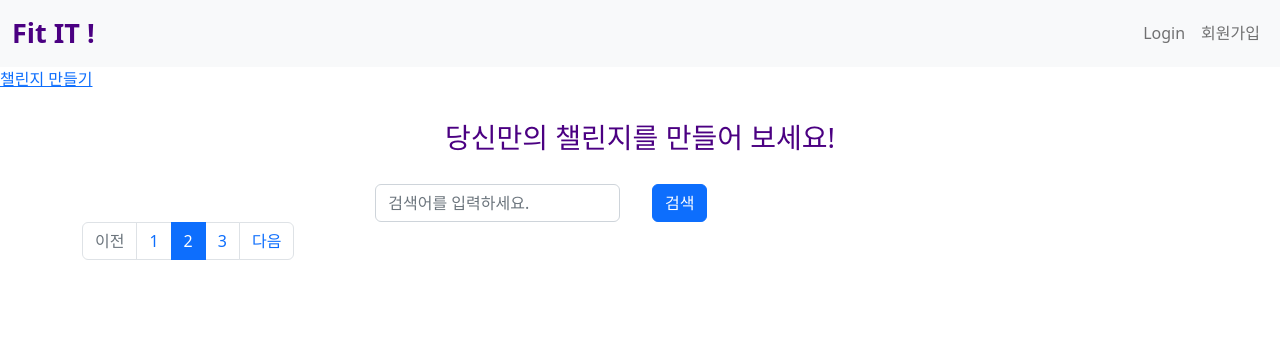
Repository: 4everGirls/Fit-IT-FRONT
Page: /makeChallenge (app in FrontEnd/fit-it/)
These files come from the project's save history. The page is drawn as it stood at one moment and after the next save; the edit follows.
The browser window is 1280 px wide. The pictures show the whole page.
The project was rebuilt for these pictures with package versions that can differ from the ones it lists, and the page was loaded fresh each time. Also part of the build but not shown: FrontEnd/fit-it/vue.config.js, FrontEnd/fit-it/src/views/HomeView.vue, FrontEnd/fit-it/src/components/user/RegistUser.vue, FrontEnd/fit-it/src/components/user/LoginUser.vue.

Above is the page before, as saved 2022-11-20 12:32:52.

### FrontEnd/fit-it/public/index.html
<!DOCTYPE html>
<html lang="">
  <head>
    <meta charset="utf-8" />
    <meta http-equiv="X-UA-Compatible" content="IE=edge" />
    <meta name="viewport" content="width=device-width,initial-scale=1.0" />
    <link rel="icon" href="<%= BASE_URL %>favicon.ico" />
    <link
      href="https://cdn.jsdelivr.net/npm/bootstrap@5.2.2/dist/css/bootstrap.min.css"
      rel="stylesheet"
      integrity="sha384-Zenh87qX5JnK2Jl0vWa8Ck2rdkQ2Bzep5IDxbcnCeuOxjzrPF/et3URy9Bv1WTRi"
      crossorigin="anonymous"
    />
    <script
      src="https://cdn.jsdelivr.net/npm/bootstrap@5.2.2/dist/js/bootstrap.bundle.min.js"
      integrity="sha384-OERcA2EqjJCMA+/3y+gxIOqMEjwtxJY7qPCqsdltbNJuaOe923+mo//f6V8Qbsw3"
      crossorigin="anonymous"
    ></script>
    <title><%= htmlWebpackPlugin.options.title %></title>
  </head>
  <body>
    <noscript>
      <strong
        >We're sorry but <%= htmlWebpackPlugin.options.title %> doesn't work
        properly without JavaScript enabled. Please enable it to
        continue.</strong
      >
    </noscript>
    <div id="app"></div>
    <!-- built files will be auto injected -->
  </body>
</html>

### FrontEnd/fit-it/src/App.vue
<template>
  <div id="app">
    <header-nav/>

    <router-link to="/makeChallenge">챌린지 만들기</router-link>
    <router-view />

  </div>
</template>

<script>
import HeaderNav from "@/components/common/HeaderNav.vue";

export default {
  name: "App",
  components: {
    HeaderNav,
  }
}
</script>

<style>
* {
  margin: 0;
  padding: 0;
  box-sizing: border-box;
  list-style: none;
}

.text-center {
  text-align: center;
}

</style>

### FrontEnd/fit-it/src/router/index.js
import Vue from "vue";
import VueRouter from "vue-router";
import HomeView from "../views/HomeView.vue";
import RegistUser from "@/components/user/RegistUser.vue";
import LoginUser from "@/components/user/LoginUser.vue";
import MakeChallenge from "@/views/MakeChallengeView.vue";

Vue.use(VueRouter);

const routes = [
  {
    path: "/",
    name: "home",
    component: HomeView,
  },
  {
    path: "/login",
    name: "login",
    component: LoginUser,
  },
  {
    path: "/regist",
    name: "regist",
    component: RegistUser,
  },
  {
    path: "/makeChallenge",
    name: "makeChallenge",
    component: MakeChallenge,
  },
];

const router = new VueRouter({
  mode: "history",
  base: process.env.BASE_URL,
  routes,
});

export default router;

### FrontEnd/fit-it/src/store/index.js
import Vue from 'vue'
import Vuex from 'vuex'
import axios from 'axios';
import router from "@/router";
import createPersistedState from "vuex-persistedstate";

Vue.use(Vuex)

const REST_API = `http://localhost:9999`;

export default new Vuex.Store({
  plugins: [createPersistedState()],
  state: {
    loginUser: null,
    videos: [],
    video: null,
  },
  getters: {
  },
  mutations: {
    LOGIN_USER(state, user) {
      state.loginUser = user;
    },
    SEARCH_VIDEO(state, videos) {
      state.videos = videos
    },
  },
  actions: {
    loginUser({ commit }, user) {
      console.log(user);
      const API_URL = `${REST_API}/userApi/login`;
      axios({
        url: API_URL,
        method: "POST",
        data: user,
      })
      .then((res) => {
        if (res.data.message === "success") {
          commit("LOGIN_USER", user);
          sessionStorage.setItem("access-token", res.data["access-token"]);
          router.push({ name: "home" });
        } else {
          alert("로그인에 실패하였습니다.");
        }
      })
      .catch((err) => {
        console.log(err);
      });
    },
    createUser({ commit }, user) {
      const API_URL = `${REST_API}/userApi/signup`;

      axios({
        url: API_URL,
        method: "POST",
        data: user,
      })
      .then((res) => {
        commit;
        res;
        alert("회원 가입이 완료 되었습니다.");
        router.push("/login");
      })
      .catch((err) => {
        console.log(err);
      });
    },
    searchVideo({commit}, keyword) {
      const YOUTUBE_KEY = process.env.VUE_APP_YOUTUBE_API_KEY;
      const API_URL = `https://www.googleapis.com/youtube/v3/search`;
      console.log(keyword);
      axios({
        url: API_URL,
        // method: "GET",
        params: {
          key: YOUTUBE_KEY,
          part: 'snippet',
          q: keyword,
          type: 'video',
          maxResults: 4,
        }
      })
        .then((res) => {
          console.log(res.data.items);
          commit("SEARCH_VIDEO", res.data.items)
        })
        .catch((err) => console.log(err));
    },
  },
  modules: {
  }
})

### FrontEnd/fit-it/src/components/common/HeaderNav.vue
<template>
    <header>
    <!-- 로그인 전 (login, )-->
    <!-- Nav Bar 오른쪽 정렬 -->
    <nav class="navbar navbar-expand-sm bg-light navbar-light">
        <div class="container-fluid">
            <router-link to="/" class="navbar-brand nav-link">Fit IT !</router-link>
            <div class="collapse navbar-collapse justify-content-end" id="collapsibleNavbar">
                <ul class="navbar-nav">
                <li class="nav-item">
                    <router-link to="/login" class="nav-link">Login</router-link>
                </li>
                <li class="nav-item">
                    <router-link to="/regist" class="nav-link">회원가입</router-link>
                </li>
                </ul>
            </div>
        </div>
    </nav>
    </header>
</template>

<script>
export default {
name: "HeaderNav",
};
</script>

<style>
.navbar-brand {
color: indigo;
font-weight: 750;
font-size: 27px;
}
</style>

### FrontEnd/fit-it/src/views/MakeChallengeView.vue
<template>
  <div class="container">
    <!--search-container-->
    <div class="row">
        <search-video></search-video>
        <search-result></search-result>
    </div>
    <!--result form-->
    <div></div>
  </div>
</template>

<script>
import SearchVideo from '@/components/challenge/MakeChallenge/SearchVideo.vue';
import SearchResult from '@/components/challenge/MakeChallenge/SearchResult.vue';

export default {
    name: "MakeChallenge",
    components: {
        SearchVideo,
        SearchResult,
    }
}
</script>

<style>

</style>

### FrontEnd/fit-it/src/components/challenge/MakeChallenge/SearchVideo.vue
<template>
  <div class="container">
    <div class="flex-container">
      <div class="flex-item">
        <h3 class="title">당신만의 챌린지를 만들어 보세요!</h3>
      </div>
      <div class="row flex-item">
          <div class="col">
            <form class="d-flex col" role="search">
              <input
                class="form-control me-2"
                type="search"
                placeholder="검색어를 입력하세요."
                aria-label="Search"
                size="40"
                v-on:keydown.enter.prevent="search"
                v-model="keyword"
              />
            </form>

            </div>
            <div class="col">
              <button class="btn btn-primary" type="submit" @click="search">
                검색
              </button>
          </div>
      </div>
    </div>
  </div>
</template>

<script>
export default {
  name: "SearchVideo",
  data() {
    return {
      keyword: "",
    };
  },
  methods: {
    search() {
      if (this.keyword !== "") {
        let value = this.keyword && this.keyword.trim();
        this.$store.dispatch("searchVideo", value);
        this.clearInput();
      } else {
        alert("검색어를 입력하세요.");
      }
    },
    clearInput() {
      this.keyword = "";
    },
  },
};
</script>

<style scoped>
.title {
  margin: 30px;
  color: indigo;
  font-weight: 350;
}
.flex-container {
  display: flex;
  justify-content: center;
  align-items: center;
  flex-direction: column;
}
.searchContainer {
}
</style>

### FrontEnd/fit-it/src/components/challenge/MakeChallenge/SearchResult.vue
<template>
  <div class="result-container">
    <li v-for="video in videos"
          :key="video.videoId"
          :video="video">
    <div class="list-container column">
      <div class="card" style="width: 18rem">
        <img
          class="card-img-top"
          :src="video.snippet.thumbnails.high.url"
          alt="video-img"
        />
        <div class="card-body">
          <p class="card-text">
            {{ video.snippet.title }}
          </p>
          <button>추가</button>
        </div>
      </div>
    </div>
    </li>
    <!--Pagination-->
    <footer>
      <ul class="pagination">
        <li class="page-item disabled">
          <span class="page-link">이전</span>
        </li>
        <li class="page-item"><a class="page-link" href="#">1</a></li>
        <li class="page-item active" aria-current="page">
          <span class="page-link">2</span>
        </li>
        <li class="page-item"><a class="page-link" href="#">3</a></li>
        <li class="page-item">
          <a class="page-link" href="#">다음</a>
        </li>
      </ul>
    </footer>
  </div>
</template>

<script>
import { mapState } from "vuex";
export default {
  name: "SearchResult",
  computed: {
    ...mapState(["videos", "video"]),
  },
};
</script>

<style></style>

Loaded but not shown: FrontEnd/fit-it/src/main.js (common file)

After the next save:
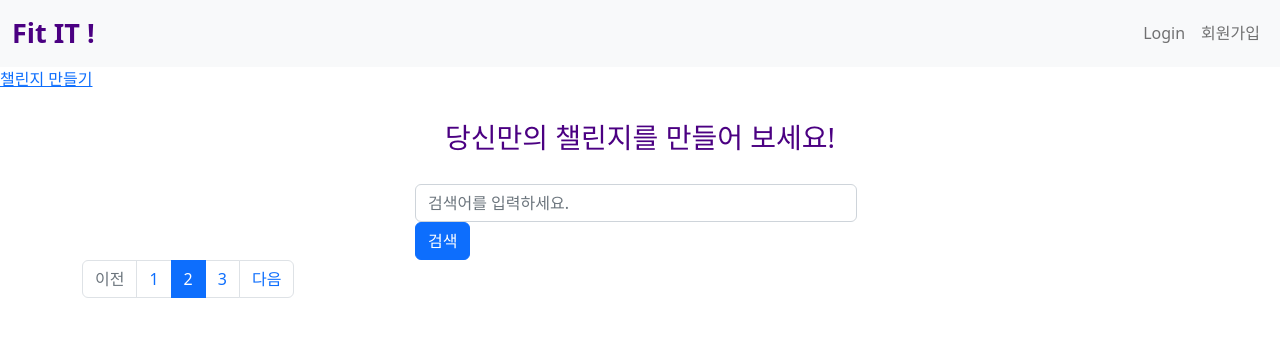
Saved 5 s later.
--- a/FrontEnd/fit-it/src/components/challenge/MakeChallenge/SearchVideo.vue
+++ b/FrontEnd/fit-it/src/components/challenge/MakeChallenge/SearchVideo.vue
@@ -4,7 +4,7 @@
       <div class="flex-item">
         <h3 class="title">당신만의 챌린지를 만들어 보세요!</h3>
       </div>
-      <div class="row flex-item">
+      <div class="flex-item">
           <div class="col">
             <form class="d-flex col" role="search">
               <input

After the save that followed:
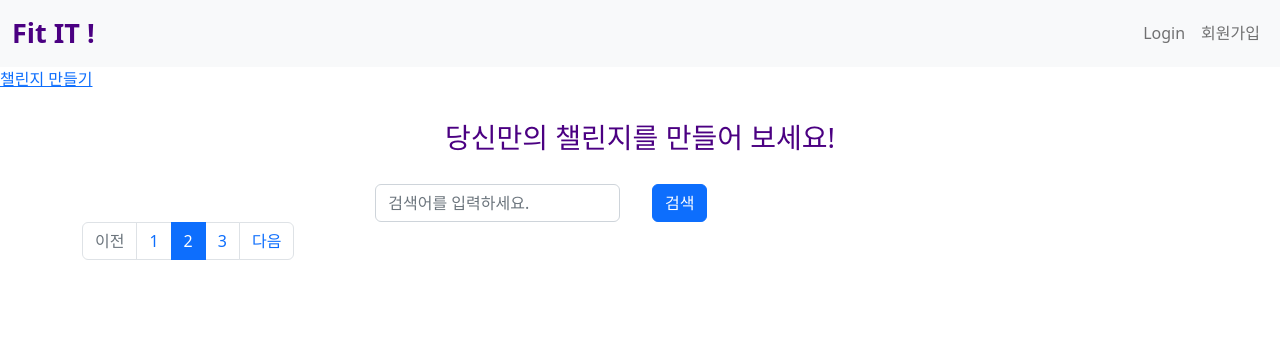
Saved 6 s later.
--- a/FrontEnd/fit-it/src/components/challenge/MakeChallenge/SearchVideo.vue
+++ b/FrontEnd/fit-it/src/components/challenge/MakeChallenge/SearchVideo.vue
@@ -4,7 +4,7 @@
       <div class="flex-item">
         <h3 class="title">당신만의 챌린지를 만들어 보세요!</h3>
       </div>
-      <div class="flex-item">
+      <div class="row flex-item">
           <div class="col">
             <form class="d-flex col" role="search">
               <input
